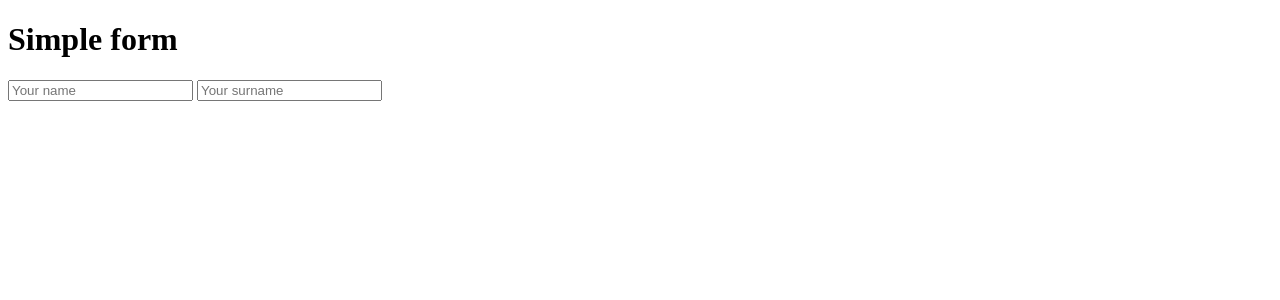
Repository: mnosov622/email-sender
Page: index.html
An editor plug-in stored every save of this project. The page is shown before and after the next save, followed by the edit.
The browser window is 1280 px wide. The pictures show the whole page.

Above is the page before, as saved 2022-09-19 07:35:34.

### index.html
<!DOCTYPE html>
<html lang="en">
<head>
    <meta charset="UTF-8">
    <meta http-equiv="X-UA-Compatible" content="IE=edge">
    <meta name="viewport" content="width=device-width, initial-scale=1.0">
    <title>Document</title>
</head>
<body>


    <h1>Simple form</h1>

    <form action="email.php" method="POST">
        <input type="text" name="name" id="" placeholder="Your name">
        <input type="text" name="surname" id="" placeholder="Your surname">
    </form>
</body>
</html>

After the next save:
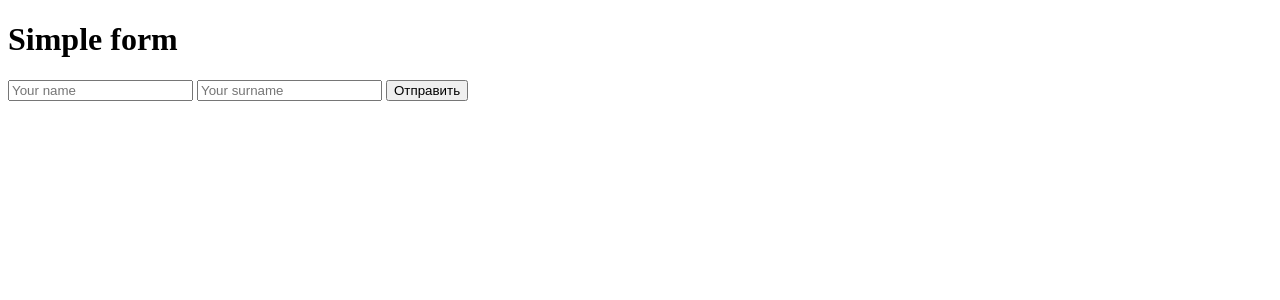
Saved 35 s later.
--- a/index.html
+++ b/index.html
@@ -14,6 +14,7 @@
     <form action="email.php" method="POST">
         <input type="text" name="name" id="" placeholder="Your name">
         <input type="text" name="surname" id="" placeholder="Your surname">
+        <button type="submit">Отправить</button>
     </form>
 </body>
 </html>
